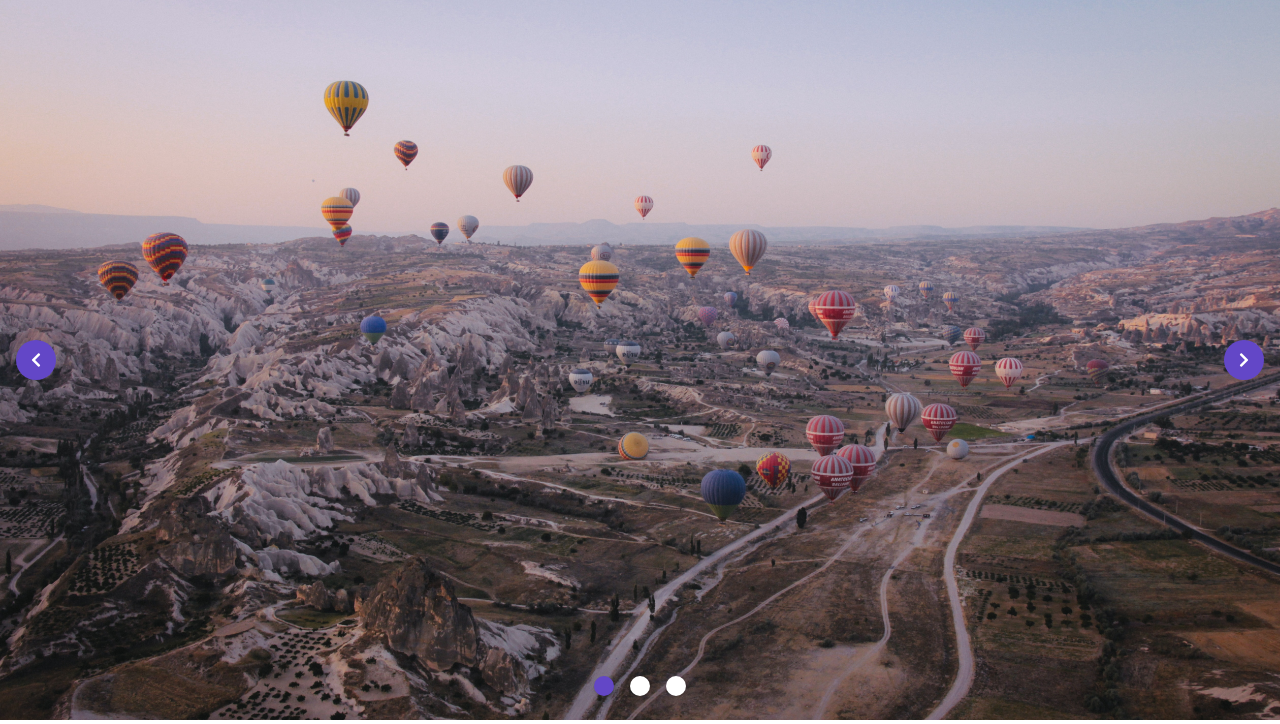
Repository: tomas938/vue-3-carousel-main
Page: /
An editor plug-in stored every save of this project. The page is shown before and after the next save, followed by the edit.
The browser window is 1280 px wide. The pictures show the whole page.
The project was rebuilt for these pictures with package versions that can differ from the ones it lists, and the page was loaded fresh each time.

Above is the page before, as saved 2021-07-28 11:02:29.

### public/index.html
<!DOCTYPE html>
<html lang="">
  <head>
    <meta charset="utf-8" />
    <meta http-equiv="X-UA-Compatible" content="IE=edge" />
    <meta name="viewport" content="width=device-width,initial-scale=1.0" />
    <link rel="icon" href="<%= BASE_URL %>favicon.ico" />
    <link
      rel="stylesheet"
      href="https://cdnjs.cloudflare.com/ajax/libs/font-awesome/5.15.3/css/all.min.css"
      integrity="sha512-iBBXm8fW90+nuLcSKlbmrPcLa0OT92xO1BIsZ+ywDWZCvqsWgccV3gFoRBv0z+8dLJgyAHIhR35VZc2oM/gI1w=="
      crossorigin="anonymous"
      referrerpolicy="no-referrer"
    />
    <title><%= htmlWebpackPlugin.options.title %></title>
  </head>
  <body>
    <noscript>
      <strong
        >We're sorry but <%= htmlWebpackPlugin.options.title %> doesn't work properly
        without JavaScript enabled. Please enable it to continue.</strong
      >
    </noscript>
    <div id="app"></div>
    <!-- built files will be auto injected -->
  </body>
</html>

### src/App.vue
<template>
  <router-view />
</template>

<style lang="scss">
* {
  margin: 0;
  padding: 0;
  box-sizing: border-box;
}
</style>

### src/views/Home.vue
<template>
	<div class="home">
		<Carousel
			:navigation="true"
			:pagination="true"
			:startAutoPlay="false"
			:timeout="5000"
			class="carousel"
			v-slot="{ currentSlide }"
		>
			<Slide v-for="(slide, index) in carouselSlides" :key="index">
				<div v-show="currentSlide === index + 1" class="slide-info">
					<img :src="require(`../assets/${slide}.jpg`)" alt="" />
				</div>
			</Slide>
		</Carousel>
	</div>
</template>

<script>
import Carousel from "../components/Carousel.vue";
import Slide from "../components/Slide.vue";

export default {
	name: "Home",
	components: { Carousel, Slide },
	setup() {
		const carouselSlides = ["bg-1", "bg-2", "bg-3"];

		return { carouselSlides };
	},
};
</script>

<style lang="scss" scoped>
.carousel {
	position: relative;
	max-height: 100vh;
	height: 100vh;

	.slide-info {
		position: absolute;
		top: 0;
		left: 0;
		width: 100%;
		max-height: 100%;
		height: 100%;

		img {
			overflow: hidden;
			min-width: 100%;
			height: 100%;
			object-fit: cover;
		}
	}
}
</style>

### src/components/Carousel.vue
<template>
	<div class="carousel">
		<slot :currentSlide="currentSlide" />

		<!-- Navigation -->
		<div v-if="navEnabled" class="navigate">
			<div class="toggle-page left">
				<i @click="prevSlide" class="fas fa-chevron-left"></i>
			</div>
			<div class="toggle-page right">
				<i @click="nextSlide" class="fas fa-chevron-right"></i>
			</div>
		</div>

		<!-- Pagination -->
		<div v-if="pagintationEnabled" class="pagination">
			<span
				@click="goToSlide(index)"
				v-for="(slide, index) in getSlideCount"
				:key="index"
				:class="{ active: index + 1 === currentSlide }"
			>
			</span>
		</div>
	</div>
</template>

<script>
import { ref, onMounted } from "vue";
export default {
	props: ["startAutoPlay", "timeout", "navigation", "pagination"],
	setup(props) {
		const currentSlide = ref(1);
		const getSlideCount = ref(null);
		const autoPlayEnabled = ref(
			props.startAutoPlay === undefined ? true : props.startAutoPlay
		);
		const timeoutDuration = ref(
			props.timeout === undefined ? 5000 : props.timeout
		);
		const pagintationEnabled = ref(
			props.pagination === undefined ? true : props.pagination
		);
		const navEnabled = ref(
			props.navigation === undefined ? true : props.navigation
		);

		// next slide
		const nextSlide = () => {
			if (currentSlide.value === getSlideCount.value) {
				currentSlide.value = 1;
				return;
			}
			currentSlide.value += 1;
		};

		// prev slide
		const prevSlide = () => {
			if (currentSlide.value === 1) {
				currentSlide.value = getSlideCount.value;
				return;
			}
			currentSlide.value -= 1;
		};

		const goToSlide = (index) => {
			currentSlide.value = index + 1;
		};

		// autoplay
		const autoPlay = () => {
			setInterval(() => {
				nextSlide();
			}, timeoutDuration.value);
		};

		if (autoPlayEnabled.value) {
			autoPlay();
		}

		onMounted(() => {
			getSlideCount.value = document.querySelectorAll(".slide").length;
		});

		return {
			currentSlide,
			nextSlide,
			prevSlide,
			getSlideCount,
			goToSlide,
			pagintationEnabled,
			navEnabled,
		};
	},
};
</script>

<style lang="scss">
.navigate {
	padding: 0 16px;
	height: 100%;
	width: 100%;
	position: absolute;
	display: flex;
	justify-content: space-between;
	align-items: center;

	i {
		cursor: pointer;
		display: flex;
		align-items: center;
		justify-content: center;
		border-radius: 50%;
		width: 40px;
		height: 40px;
		background-color: #6347c7;
		color: #fff;
	}
}

.pagination {
	position: absolute;
	bottom: 24px;
	width: 100%;
	display: flex;
	gap: 16px;
	justify-content: center;
	align-items: center;

	span {
		cursor: pointer;
		width: 20px;
		height: 20px;
		border-radius: 50%;
		background-color: #fff;
		box-shadow: 0 1px 3px 0 rgba(0, 0, 0, 0.1), 0 1px 2px 0 rgba(0, 0, 0, 0.06);
	}

	.active {
		background-color: #6347c7;
	}
}
</style>

### src/components/Slide.vue
<template>
  <div class="slide">
    <transition name="slide">
      <slot />
    </transition>
  </div>
</template>

<script>
export default {};
</script>

<style lang="scss">
.slide-enter-active,
.slide-leave-active {
  transition: opacity 0.7s ease-in-out;
}

.slide-enter-from,
.slide-leave-to {
  opacity: 0;
}

.slide-enter-to,
.slide-leave-from {
  opacity: 1;
}
</style>

Loaded but not shown: src/main.js (common file); src/router/index.js (common file)

After the next save:
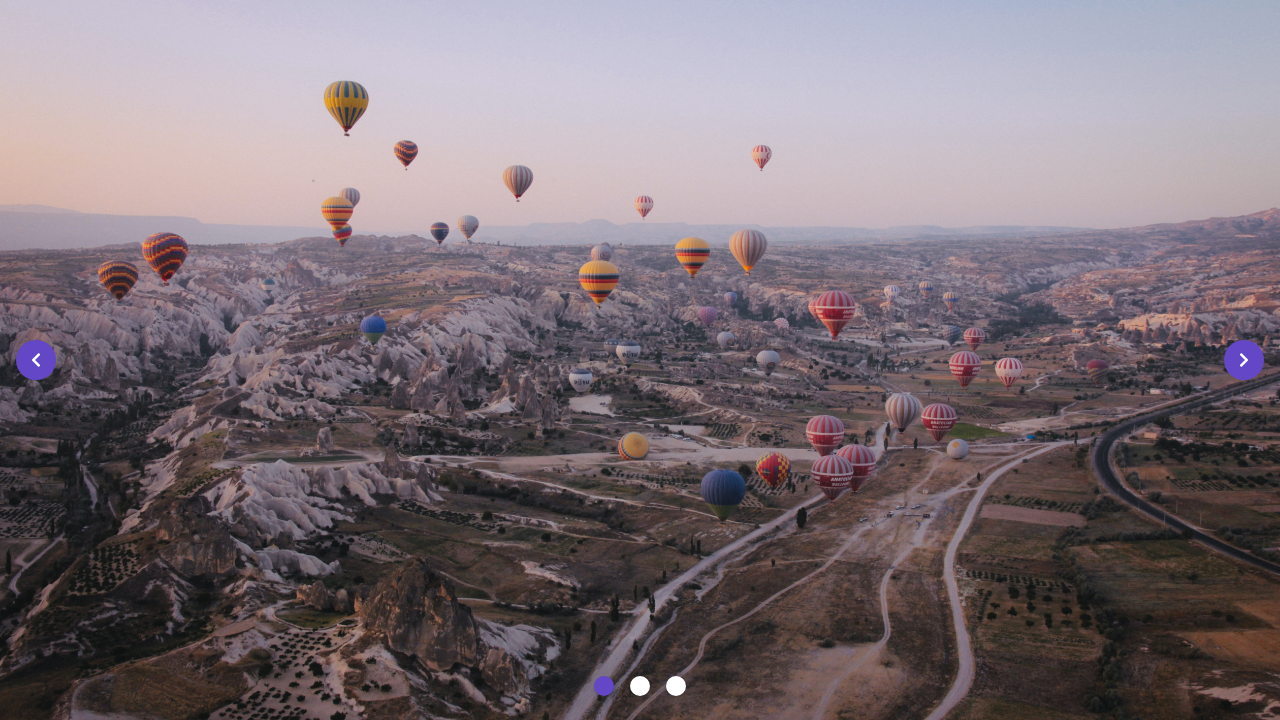
Saved 7 s later.
--- a/src/views/Home.vue
+++ b/src/views/Home.vue
@@ -46,8 +46,8 @@ export default {
 		max-height: 100%;
 		height: 100%;
 
+		overflow: hidden;
 		img {
-			overflow: hidden;
 			min-width: 100%;
 			height: 100%;
 			object-fit: cover;
